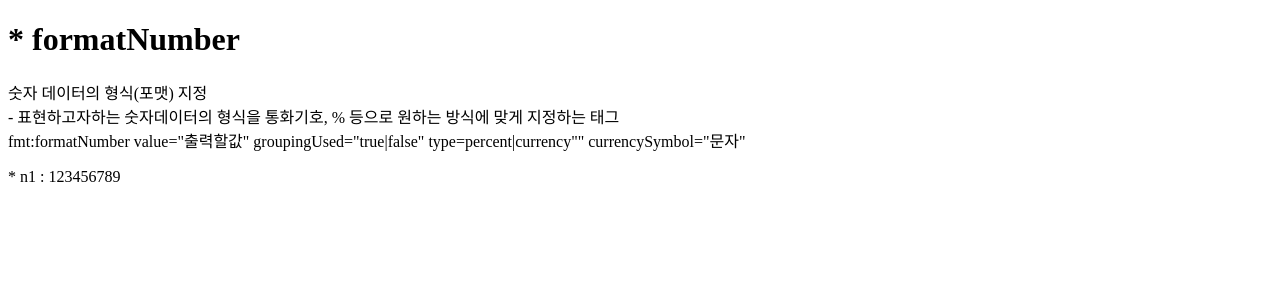
Repository: kkh1396/kh_front
Page: http://localhost/2_jsp/views/4_CustomAction/3_fmt.jsp
The author's editor kept a copy of each file at every save. The page is drawn from the files as they stood at one save, then again after the next save.
The browser window is 1280 px wide. The pictures show the whole page.
The page is served by Tomcat 9. Nobody is signed in. The application's start-up code is not run.

Above is the page before, as saved 2025-03-21 06:41:08.

After the next save:
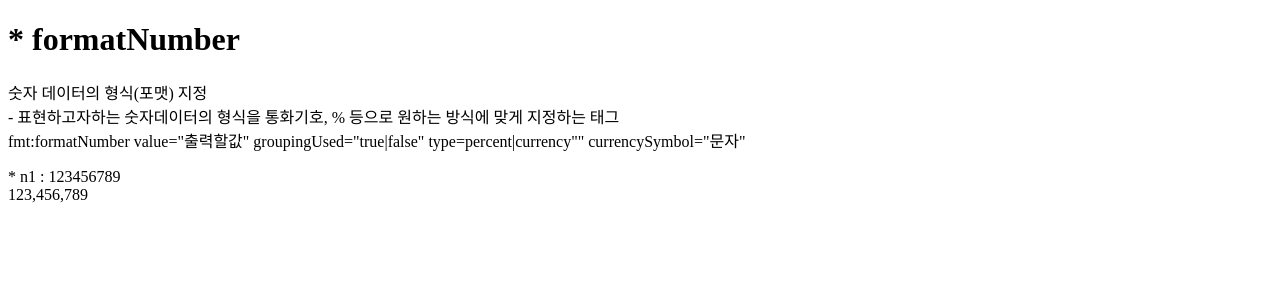
Saved 82 s later.
--- a/05_server/2_jsp/src/main/webapp/views/4_CustomAction/3_fmt.jsp
+++ b/05_server/2_jsp/src/main/webapp/views/4_CustomAction/3_fmt.jsp
@@ -26,7 +26,9 @@
 		<c:set var="n2" value="0.65"/>
 		<c:set var="n3" value="50000"/>
 
-		* n1 : ${ n1 }
+		* n1 : ${ n1 } <br>
+		<fmt:formatNumber value="${ n1 }">
+		</fmt:formatNumber>
 
 
 
